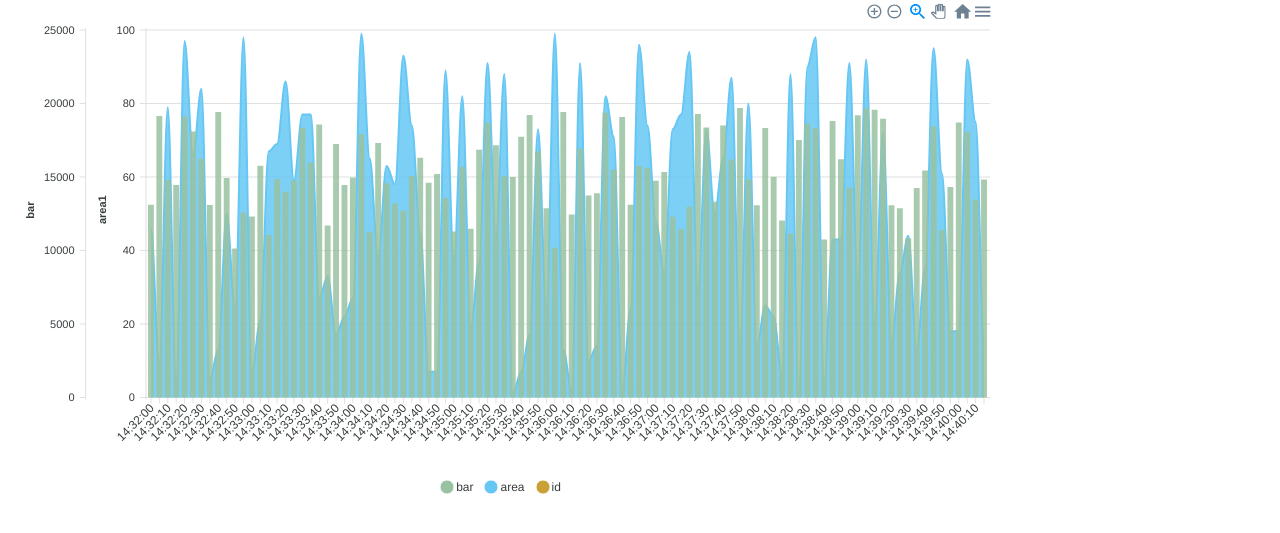
Repository: wanted-pre-onboarding-internship-1team/pre-onboarding-9th-3-1
Page: /
An editor plug-in stored every save of this project. The page is shown before and after the next save, followed by the edit.
The browser window is 1280 px wide. The pictures show the whole page.
The project was rebuilt for these pictures with package versions that can differ from the ones it lists, and the page was loaded fresh each time.

Above is the page before, as saved 2023-03-15 00:28:25.

After the next save:
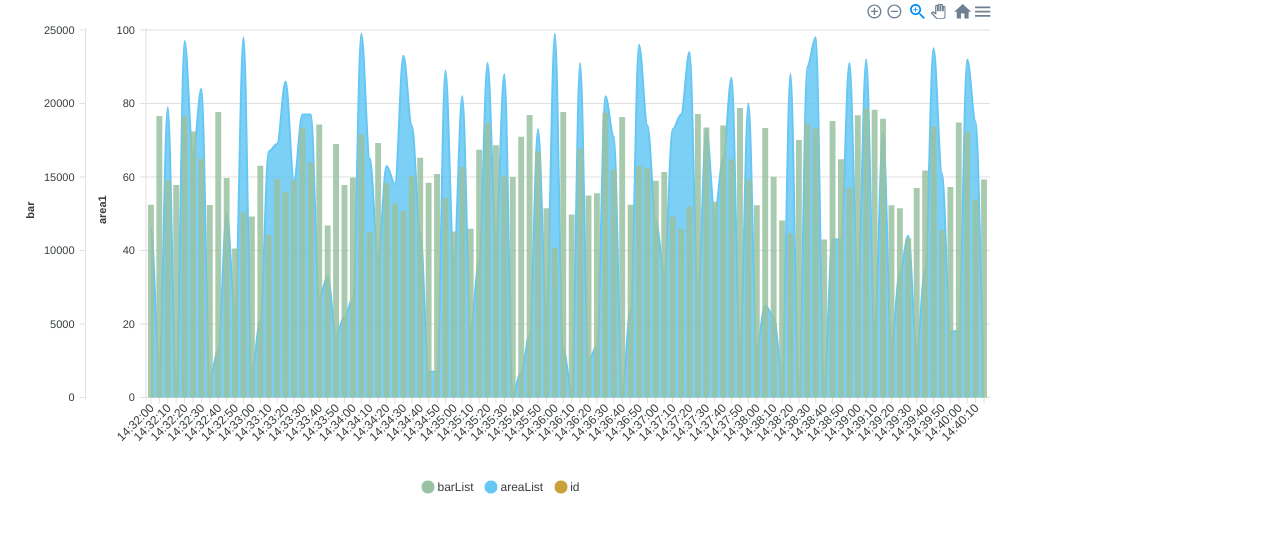
Saved 21 s later.
--- a/src/pages/Mainpage.tsx
+++ b/src/pages/Mainpage.tsx
@@ -91,12 +91,12 @@ export default function Mainpage() {
         width='1000'
         series={[
           {
-            name: 'bar',
+            name: 'barList',
             type: 'column',
             data: test.barValueList,
           },
           {
-            name: 'area',
+            name: 'areaList',
             type: 'area',
             data: test.areaValueList,
           },
@@ -116,7 +116,7 @@ export default function Mainpage() {
           },
           yaxis: [
             {
-              seriesName: 'area',
+              seriesName: 'areaList',
               axisTicks: {
                 show: true,
               },
@@ -128,7 +128,7 @@ export default function Mainpage() {
               },
             },
             {
-              seriesName: 'bar',
+              seriesName: 'barList',
               axisTicks: {
                 show: true,
               },
